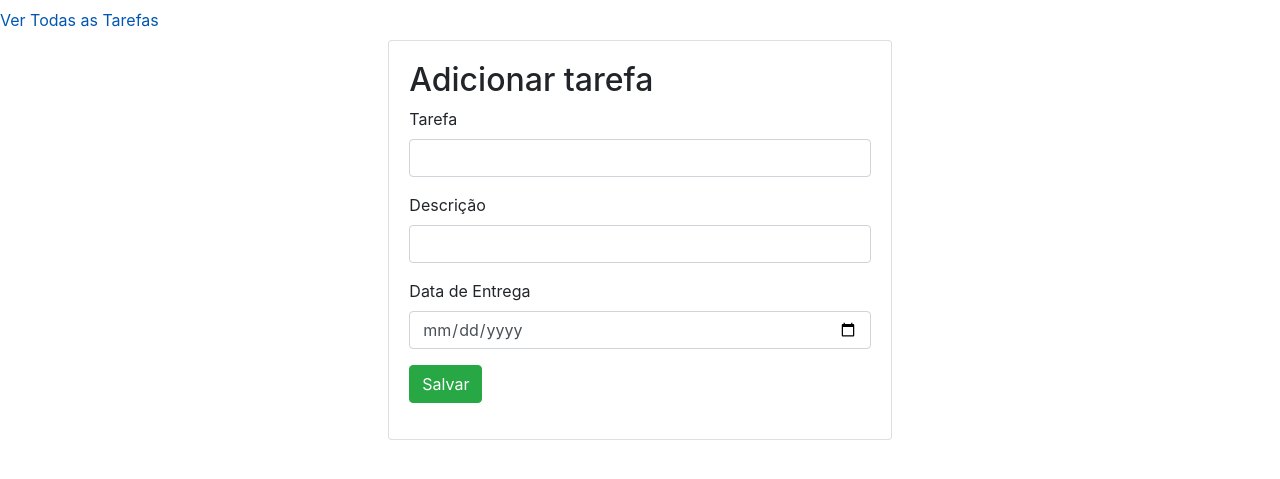
Repository: sophiaks/CRUD
Page: http://localhost/Projeto1/rameshForm.jsp
The author's editor kept a copy of each file at every save. The page is drawn from the files as they stood at one save, then again after the next save.
The browser window is 1280 px wide. The pictures show the whole page.
The page is served by Tomcat 9. Other server files are loaded and not shown.

Above is the page before, as saved 2020-09-21 23:50:02.

### WorkspaceP1/Projeto1/WebContent/rameshForm.jsp
<%@ page language="java" contentType="text/html; charset=UTF-8"
	pageEncoding="UTF-8"%>
<%@ taglib uri="http://java.sun.com/jsp/jstl/core" prefix="c"%>
<html>
<head>
<title>User Management Application</title>

<link rel="stylesheet"
	href="https://stackpath.bootstrapcdn.com/bootstrap/4.3.1/css/bootstrap.min.css"
	integrity="sha384-ggOyR0iXCbMQv3Xipma34MD+dH/1fQ784/j6cY/iJTQUOhcWr7x9JvoRxT2MZw1T"
	crossorigin="anonymous">

</head>

</head>
<body>
	<header>
			<ul class="navbar-nav">
				<li><a href="<%=request.getContextPath()%>/lista.jsp"
					class="nav-link">Ver Todas as Tarefas</a></li>
			</ul>
	</header>
	<div class="container col-md-5">
		<div class="card">
			<div class="card-body">
				<c:if test="${tarefa != null}">
					<form action="altera" method="post">
				</c:if>
				<c:if test="${tarefa == null}">
					<form action="adiciona" method="post">
				</c:if>

				<caption>
					<h2>
						<c:if test="${tarefa != null}">
            			Editar Tarefa
            		</c:if>
						<c:if test="${tarefa == null}">
            			Adicionar tarefa
            		</c:if>
					</h2>
				</caption>

				<c:if test="${tarefa != null}">
					<input type="hidden" name="id" value="<c:out value='${tarefa.id}' />" />
				</c:if>

				<fieldset class="form-group">
					<label>Tarefa</label> <input type="text"
						value="<c:out value='${tarefa.tarefa}' />" class="form-control"
						name="tarefa" required="required" minlength="5">
				</fieldset>

				<fieldset class="form-group">
					<label>Descrição</label> <input type="text"
						value="<c:out value='${tarefa.descricao}' />" class="form-control"
						name="descricao" minlength="5">
				</fieldset>

				<fieldset class="form-group">
					<label>Data de Entrega</label> <input type="date"
						value="<c:out value='${tarefa.data}' />" class="form-control"
						name="entrega" required="required">
				</fieldset>

				<button type="submit" class="btn btn-success">Salvar</button>
				</form>
			</div>
		</div>
	</div>
</body>
</html>

After the next save:
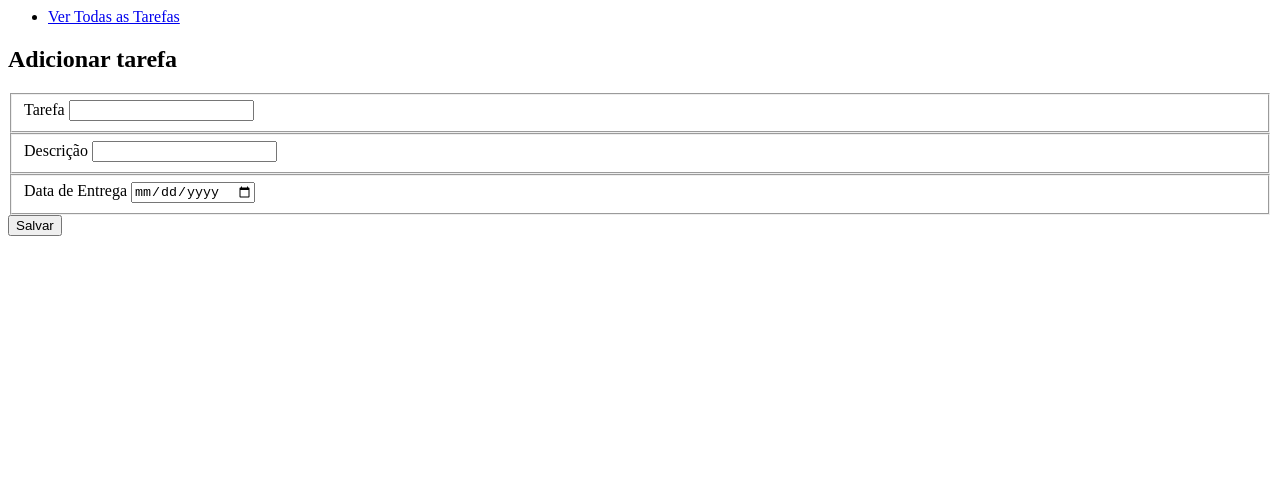
Saved 4 min 46 s later.
--- a/WorkspaceP1/Projeto1/WebContent/rameshForm.jsp
+++ b/WorkspaceP1/Projeto1/WebContent/rameshForm.jsp
@@ -4,11 +4,6 @@
 <html>
 <head>
 <title>User Management Application</title>
-
-<link rel="stylesheet"
-	href="https://stackpath.bootstrapcdn.com/bootstrap/4.3.1/css/bootstrap.min.css"
-	integrity="sha384-ggOyR0iXCbMQv3Xipma34MD+dH/1fQ784/j6cY/iJTQUOhcWr7x9JvoRxT2MZw1T"
-	crossorigin="anonymous">
 
 </head>
 
